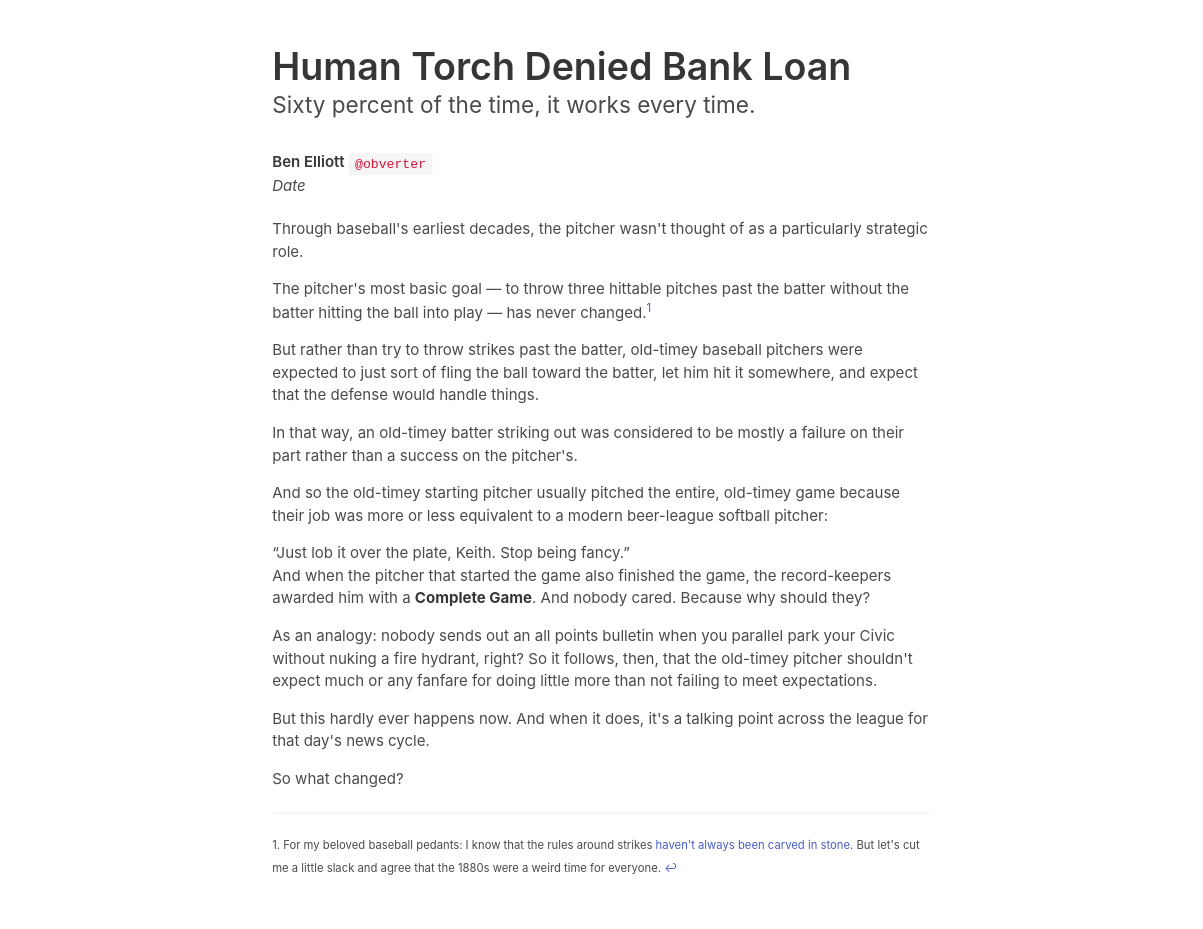
Repository: obverter/complete-games-are-done
Page: index.html
These files come from the project's save history. The page is drawn as it stood at one moment and after the next save; the edit follows.
The browser window is 1280 px wide. The pictures show the whole page, at 94% of full size.

Above is the page before, as saved 2022-06-24 16:38:26.

### index.html
<!DOCTYPE html>
<html>
    <head>
        <meta charset="utf-8" />
        <meta name="viewport" content="width=device-width, initial-scale=1" />
        <title>Story!</title>
        <!-- todo: Title above is the text in the browser tab. -->
        <link
            rel="stylesheet"
            href="https://cdn.jsdelivr.net/npm/bulma@0.9.4/css/bulma.min.css"
        />
    </head>
    <body>
        <section class="section">
            <div class="content is-0">
                <div class="columns">
                    <div class="column is-one-fifth"></div>
                    <div class="column is-three-fifths">
                        <h1 class="title is-2">Human Torch Denied Bank Loan</h1>
                        <!-- todo: Title above is the Content title. -->
                        <p class="subtitle is-4">
                            Sixty percent of the time, it works every time.
                            <!-- todo: Subtitle above is the Content subtitle. -->
                        </p>
                    </div>
                    <!-- <div class="column is-one-fifth"></div> -->
                </div>
            </div>
            <div class="columns">
                <div class="column is-one-fifth"></div>
                <div class="column is-three-fifths">
                    <h6 class="title is-6">
                        Ben Elliott <code>@obverter</code>
                    </h6>
                    <h6 class="subtitle is-6"><em>Date</em></h6>
                    <div class="content">
                        <p>
                            Through baseball's earliest decades, the pitcher
                            wasn't thought of as a particularly strategic role.
                        </p>
                        <p>
                            The pitcher's most basic goal — to throw three
                            hittable pitches past the batter without the batter
                            hitting the ball into play — has never changed.<sup><a href="#fn1" id="ref1">1</a></sup>
                        </p>
                        <p>
                            But rather than try to throw strikes past the
                            batter, old-timey baseball pitchers were expected to
                            just sort of fling the ball toward the batter, let
                            him hit it somewhere, and expect that the defense
                            would handle things.
                        </p>
                        <p>
                            In that way, an old-timey batter striking out was
                            considered to be mostly a failure on their part
                            rather than a success on the pitcher's.
                        </p>
                        <p>
                            And so the old-timey starting pitcher usually
                            pitched the entire, old-timey game because their job was more or less equivalent to a modern beer-league softball pitcher:
                        </p>
                            <div class="quote"><q>Just lob it over the plate, Keith. Stop being fancy.</q></div>
                        <p>
                            And when the pitcher that started the game also
                            finished the game, the record-keepers awarded him
                            with a <strong>Complete Game</strong>. And nobody
                            cared. Because why should they?
                        </p>
                        <p>
                            As an analogy: nobody sends out an all points
                            bulletin when you parallel park your Civic without
                            nuking a fire hydrant, right? So it follows, then,
                            that the old-timey pitcher shouldn't expect much or
                            any fanfare for doing little more than not failing
                            to meet expectations.
                        </p>
                        <p>
                            But this hardly ever happens now. And when it does,
                            it&#39;s a talking point across the league for that
                            day&#39;s news cycle.
                        </p>
                        <p>So what changed?</p>

                        <hr></hr>

<sup id="fn1">1. For my beloved baseball pedants: I know that the rules around strikes <a href="https://www.baseball-almanac.com/articles/strike_zone_rules_history.shtml">haven't always been carved in stone</a>. But let's cut me a little slack and agree that the 1880s were a weird time for everyone. <a href="#ref1" title="Jump back to footnote 1 in the text.">↩</a></sup>
                    </div>
                </div>
                <div class="column is one-fifth"></div>
            </div>
        </section>
    </body>
</html>

After the next save:
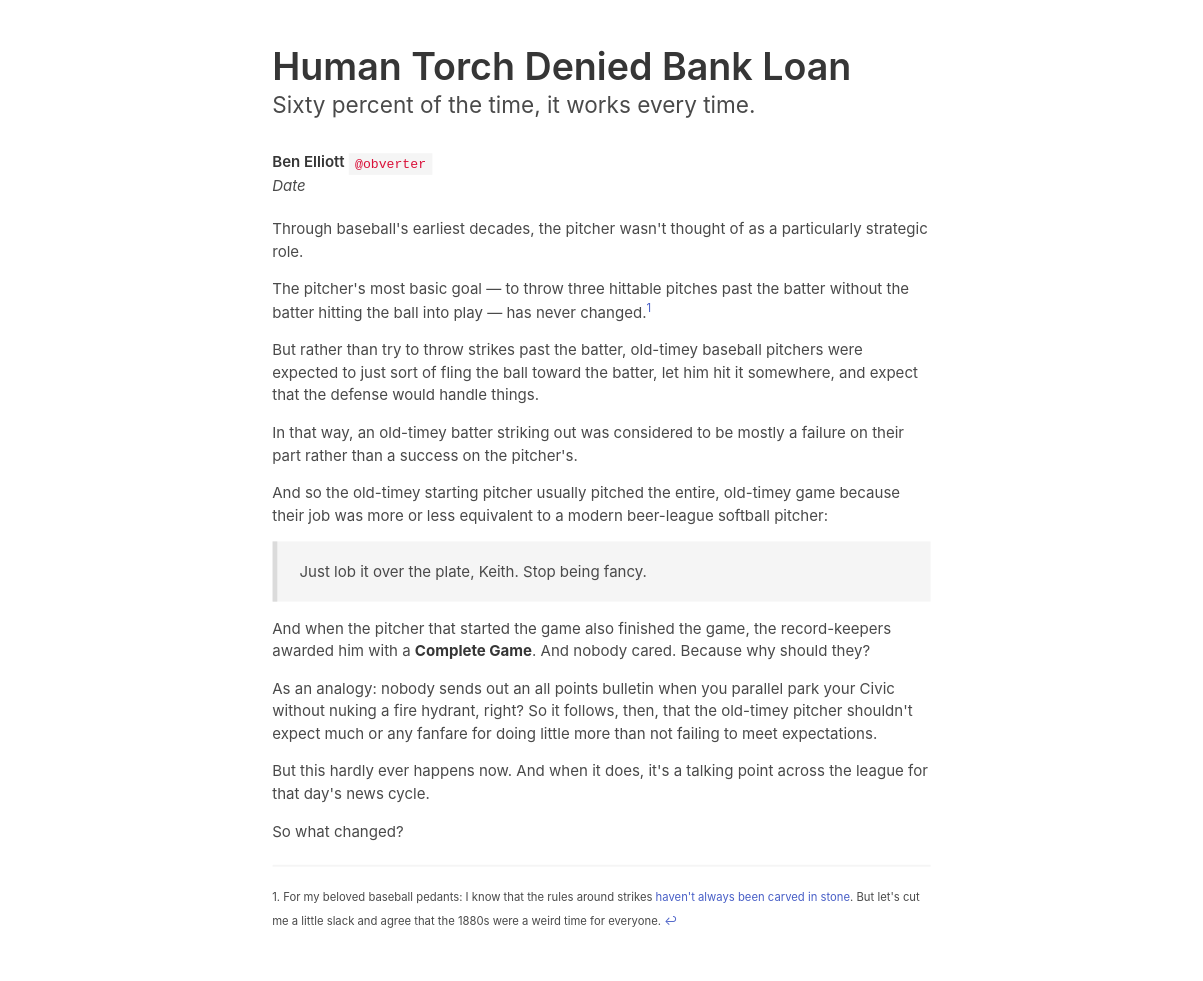
Saved 28 s later.
--- a/index.html
+++ b/index.html
@@ -59,7 +59,7 @@
                             And so the old-timey starting pitcher usually
                             pitched the entire, old-timey game because their job was more or less equivalent to a modern beer-league softball pitcher:
                         </p>
-                            <div class="quote"><q>Just lob it over the plate, Keith. Stop being fancy.</q></div>
+                            <blockquote>Just lob it over the plate, Keith. Stop being fancy.</blockquote>
                         <p>
                             And when the pitcher that started the game also
                             finished the game, the record-keepers awarded him
